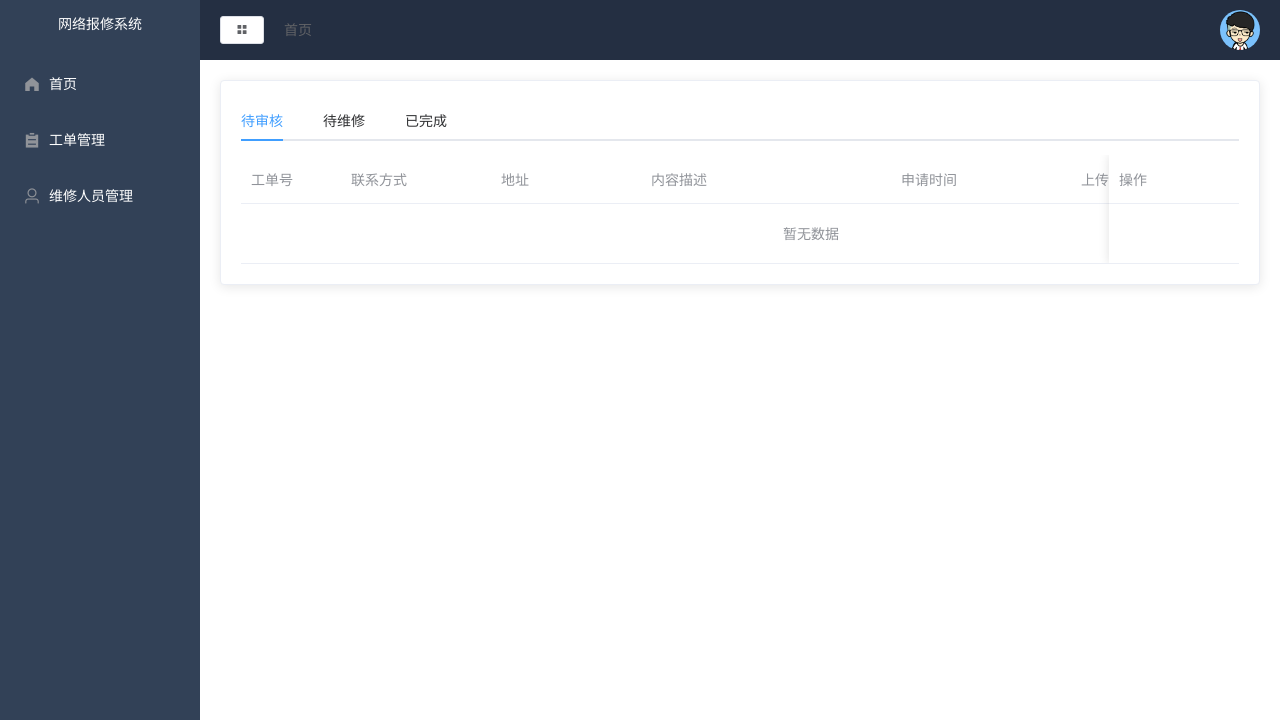
Repository: LtheW/vue
Page: /form
The author's editor kept a copy of each file at every save. The page is drawn from the files as they stood at one save, then again after the next save.
The browser window is 1280 px wide. The pictures show the whole page.
The page's requests for data from a server got no answer. The project was rebuilt for these pictures with package versions that can differ from the ones it lists, and the page was loaded fresh each time. No one was signed in, and anything a server would have sent is missing. Also part of the build but not shown: vue.config.js, src/components/CommonTag.vue, src/views/Results/Submit.vue, src/views/Maintainer/Add.vue, src/assets/js/login.js, src/views/Login.vue, src/views/Results/Repaired.vue, src/views/Results/Completed.vue.

Above is the page before, as saved 2022-03-31 19:42:58.

### src/main.js
import Vue from 'vue'
import App from './App.vue'
import router from './router'
import store from './store'
//引入element ui
import ElementUI from 'element-ui';
import 'element-ui/lib/theme-chalk/index.css';
import '@/assets/scss/reset.scss' //全局样式
import Axios from 'axios';//后台交互
import Antd from 'ant-design-vue';
import 'ant-design-vue/dist/antd.css';
import 'font-awesome/scss/font-awesome.scss'
Vue.prototype.$http=Axios
//defaults 设置全局默认路径
Axios.defaults.baseURL="/"

Vue.use(ElementUI,Antd);
Vue.config.productionTip = false

new Vue({
  router,
  store,
  render: h => h(App)
}).$mount('#app')

### src/router/index.js
import Vue from 'vue'
import VueRouter from 'vue-router'
import Main from '../views/Main.vue'
import Submit from '../views/Results/Submit.vue'
import Maintainer_Add from '../views/Maintainer/Add.vue'
import Login from '../views/Login.vue'
import Repaired from '../views/Results/Repaired.vue'
import Completed from '../views/Results/Completed.vue'
Vue.use(VueRouter)

const routes = [
  {

    path: '/',
    name: 'Login',
    component: Login
  },
  {
    path: '/main',
    name: 'Main',
    component: Main,
    children: [{
        path: '/',
        name: 'repair',
        component: () => import('../views/Results/Repaired.vue'),
      },
      {
        path: '/form',
        name: 'form',
        component: () => import('@/views/Form/Form')
      },
      {
        path: '/maintainer',
        name: 'Maintainer',
        component: () => import('@/views/Maintainer/Maintainer')
      },
      {
        path: '/submit',
        name: 'submit',
        component: Submit,
      },
      {
        path: '/repaired',
        name: 'repaired',
        component: Repaired,
      },
      {
        path: '/completed',
        name: 'completed',
        component: Completed,
      },

      {
        path: '/maintainer_add',
        name: 'add',
        component: Maintainer_Add,
      },
    ]
  },


]

const router = new VueRouter({
  mode: 'history',
  base: process.env.BASE_URL,
  routes
})

export default router

### src/views/Main.vue
<template>
  <el-container style="height: 100%">
    <el-aside width="auto" height="100%" ><common-aside></common-aside></el-aside>
    <el-container>
      <el-header>
        <common-header></common-header>

      </el-header>
      <el-main><router-view /></el-main>
    </el-container>
  </el-container>
</template>

<script>
import CommonAside from "../components/CommonAside.vue";
import CommonHeader from "../components/CommonHeader.vue";
import CommonTag from "../components/CommonTag.vue";
export default {
  name: "Main",
  components: { CommonAside, CommonHeader, CommonTag },
};
</script>
, CommonTab
<style lang="scss" scoped>
.el-header {
  background: #242F42;
}
.el-main {
  padding-top: 20rpx;
}
</style>

### src/views/Form/Form.vue
<template>
  <el-card>
    <el-tabs v-model="activeName" @tab-click="handleClick">
      <el-tab-pane label="待审核" name="first">
        <el-table :data="tableData" style="width: 100%" max-height="100%">
          <el-table-column
            fixed
            prop="workorderNumber"
            label="工单号"
            width="100"
          >
          </el-table-column>
          <el-table-column
            prop="contactInformation"
            label="联系方式"
            width="150"
          >
          </el-table-column>
          <el-table-column prop="address" label="地址" width="150">
          </el-table-column>
          <el-table-column prop="workorderContent" label="内容描述" width="250">
          </el-table-column>
          <el-table-column prop="initiationTime" label="申请时间" width="180">
          </el-table-column>

          <el-table-column prop="updateTime" label="上传时间" width="180">
          </el-table-column>
          <el-table-column fixed="right" label="操作" width="130">
            <template slot-scope="scope">
              <el-button
                @click="Booking(scope.row)"
                type="primary"
                size="small"
              >
                查看
              </el-button>
            </template>
          </el-table-column>
        </el-table>
      </el-tab-pane>
      <el-tab-pane label="待维修" name="second">
        <el-table :data="tableData1" style="width: 100%" max-height="100%">
          <el-table-column
            fixed
            prop="workorderNumber"
            label="工单号"
            width="100"
          >
          </el-table-column>
          <el-table-column
            prop="contactInformation"
            label="联系方式"
            width="150"
          >
          </el-table-column>
          <el-table-column prop="address" label="地址" width="150">
          </el-table-column>
          <el-table-column prop="workorderContent" label="内容描述" width="250">
          </el-table-column>
          <el-table-column prop="initiationTime" label="申请时间" width="180">
          </el-table-column>

          <el-table-column prop="updateTime" label="上传时间" width="180">
          </el-table-column>
          <el-table-column fixed="right" label="操作" width="130">
            <template slot-scope="scope">
              <el-button
                @click="Booking1(scope.row)"
                type="primary"
                size="small"
              >
                查看
              </el-button>
            </template>
          </el-table-column>
        </el-table>
      </el-tab-pane>

      <el-tab-pane label="已完成" name="third">
        <el-table :data="tableData2" style="width: 100%" max-height="100%">
          <el-table-column
            fixed
            prop="workorderNumber"
            label="工单号"
            width="100"
          >
          </el-table-column>
          <el-table-column
            prop="contactInformation"
            label="联系方式"
            width="150"
          >
          </el-table-column>
          <el-table-column prop="address" label="地址" width="150">
          </el-table-column>
          <el-table-column prop="workorderContent" label="内容描述" width="250">
          </el-table-column>
          <el-table-column prop="initiationTime" label="申请时间" width="180">
          </el-table-column>

          <el-table-column prop="updateTime" label="上传时间" width="180">
          </el-table-column>
          <el-table-column fixed="right" label="操作" width="130">
            <template slot-scope="scope">
              <el-button
                @click="Booking2(scope.row)"
                type="primary"
                size="small"
              >
                查看
              </el-button>
            </template>
          </el-table-column>
        </el-table>
      </el-tab-pane>
    </el-tabs>
  </el-card>
</template>

<script>
export default {
  methods: {
    Booking(row) {
      console.log(row.workorderNumber);
      this.$router.push({
        name: "submit",
        params: { workorderNumber: row.workorderNumber },
      });
    },
     Booking1(row) {
      console.log(row.workorderNumber);
      this.$router.push({
        name: "repaired",
        params: { workorderNumber: row.workorderNumber },
      });
    },
     Booking2(row) {
      console.log(row.workorderNumber);
      this.$router.push({
        name: "completed",
        params: { workorderNumber: row.workorderNumber },
      });
    },
    handleClick(tab) {
      console.log(tab._data.index);
      this.load(tab._data.index);
    },
    load(index) {
      if (index == 0) {
        this.$http({
          url: "/api/administer/orderlist",
          method: "get",
          headers: { "X-Requested-With": "XMLHttpRequest" },
        }).then((res) => {
          console.log("数据接收");
          this.tableData = res.data.data;

          console.log(res);
        });
      }
      if (index == 1) {
        this.$http({
          url: "/api/administer/orderlist2",
          method: "get",
          headers: { "X-Requested-With": "XMLHttpRequest" },
        }).then((res) => {
          console.log("数据接收");
          this.tableData1 = res.data.data;

          console.log(res);
        });
      }
      if (index == 2) {
        this.$http({
          url: "/api/administer/orderlist3",
          method: "get",
          headers: { "X-Requested-With": "XMLHttpRequest" },
        }).then((res) => {
          console.log("数据接收");
          this.tableData2 = res.data.data;

          console.log(res);
        });
      }
    },
  },
  data() {
    return {
      tableData: [],
      tableData1: [],
      tableData2: [],
      state: ["待维修", "维修中", "维修完成"],
      activeName: "first",
    };
  },
  created() {
    this.load(0);
  },
};
</script>

### src/store/tab.js
export default{
    state:{
        isCollapse: false
    },
    mutations:{
        collapseMenu(state){
            state.isCollapse=!state.isCollapse
        }
    }
}

### src/components/CommonAside.vue
<template>
  <el-menu
    class="el-menu-vertical-demo"
    :collapse="isCollapse"
    background-color="#324157"
    text-color="#fff"
    active-text-color="#ffd04b"
  >
    <h3 v-show="!isCollapse">网络报修系统</h3>
    <h3 v-show="isCollapse">后台</h3>
    <el-menu-item
      :index="item.path"
      v-for="item in noChildren"
      :key="item.path"
      @click="clickMenu(item)"
    >
      <i :class="'el-icon-' + item.icon"></i>
      <span slot="title">{{ item.label }}</span>
    </el-menu-item>
    <el-submenu :index="item.label" v-for="item in hasChildren" :key="item.path">
      <template slot="title">
        <i :class="'el-icon-' + item.icon"></i>
        <span slot="title">{{ item.label }}</span>
      </template>
      <el-menu-item-group>
        <el-menu-item
          :index="subItem.path"
          v-for="(subItem, subIndex) in item.children"
          :key="subIndex"
          @click="clickMenu(item)"
        >
          <i :class="'el-icon-' + subItem.icon"></i>
          <span slot="title">{{ subItem.label }}</span>
        </el-menu-item>
      </el-menu-item-group>
    </el-submenu>
  </el-menu>
</template>

<script>
export default {
  data() {
    return {
      menu: [
        {
          path: "/",
          name: "repair",
          label: "首页",
          icon: "s-home",
          url: "Result/Repaired",
        },
        {
          path: "/form",
          name: "form",
          label: "工单管理",
          icon: "s-order",
          url: "Form/Form",
        },
        {
          path: "/home",
          name: "Maintainer",
          label: "维修人员管理",
          icon: "user",
          url: "Home/Home",
        },
      ],
    };
  },
  methods: {
    // handleOpen(key, keyPath) {
    //   console.log(key, keyPath);
    // },
    // handleClose(key, keyPath) {
    //   console.log(key, keyPath);
    // },
    clickMenu(item) {
      this.$router.push({ name: item.name });
      this.$store.commit("selectMenu", item);
    },
  },
  computed: {
    noChildren() {
      return this.menu.filter((item) => !item.children);
    },
    hasChildren() {
      return this.menu.filter((item) => item.children);
    },
    isCollapse() {
      return this.$store.state.tab.isCollapse;
    },
  },
};
</script>

<style lang="scss" scoped>
.el-menu {
  height: 100%;
  border: none;
  h3 {
    color: #ffffff;
    text-align: center;
    line-height: 48px;
  }
}
.el-menu-vertical-demo:not(.el-menu--collapse) {
  width: 200px;
  min-height: 100vh;
}
</style>

### src/components/CommonHeader.vue
<template>
  <header>
    <div class="l-content">
      <el-button plain icon="el-icon-menu" size="mini" @click="handleMenu"></el-button>
      <el-breadcrumb>
        <el-breadcrumb-item :to="{ path: '/' }">首页</el-breadcrumb-item>
        <el-breadcrumb-item :to="current.path" v-if="current">{{
          current.label
        }}</el-breadcrumb-item>
      </el-breadcrumb>
    </div>
    <div class="r-content">
      <el-dropdown trigger="click" size="mini">
        <span class="el-dropdown-link">
          <img :src="userImg" class="user" />
        </span>
        <el-dropdown-menu slot="dropdown">
          <el-dropdown-item>个人中心</el-dropdown-item>
          <el-dropdown-item @click.native="logOut">退出</el-dropdown-item>
        </el-dropdown-menu>
      </el-dropdown>
    </div>
  </header>
</template>

<script>
import { mapState } from "vuex";
export default {
  data() {
    return {
      userImg: require("../assets/images/user.png"),
    };
  },
  methods: {
    handleMenu() {
      this.$store.commit("collapseMenu");
    },
    logOut() {
      this.$store.commit("clearToken");
      this.$store.commit("clearMenu");
      // location.reload();
      this.$router.push("/login");
    },
  },
  computed: {
    ...mapState({
      current: (state) => state.tab.currentMenu,
    }),
  },
};
</script>

<style lang="scss" scoped>
header {
  display: flex;
  height: 100%;
  align-items: center;
  justify-content: space-between;
}

.l-content {
  display: flex;
  align-items: center;
  .el-button {
    margin-right: 20px;
  }
}

.r-content {
  .user {
    width: 40px;
    height: 40px;
    border-radius: 50%;
  }
}
</style>

<style lang="scss">
.el-breadcrumb__item {
  .el-breadcrumb__inner {
    color: #666;
    font-weight: normal;
  }
  &:last-child {
    .el-breadcrumb__inner {
      color: white;
    }
  }
}
</style>

### src/assets/css/text.css
@font-face {
    font-family: "Roboto";
    src: url('../font/Roboto-Light.ttf');
    font-weight: normal;
    font-style: normal;
}

Loaded but not shown: public/index.html (common file); src/App.vue (common file); src/store/index.js (common file); src/assets/scss/reset.scss (common file)

After the next save:
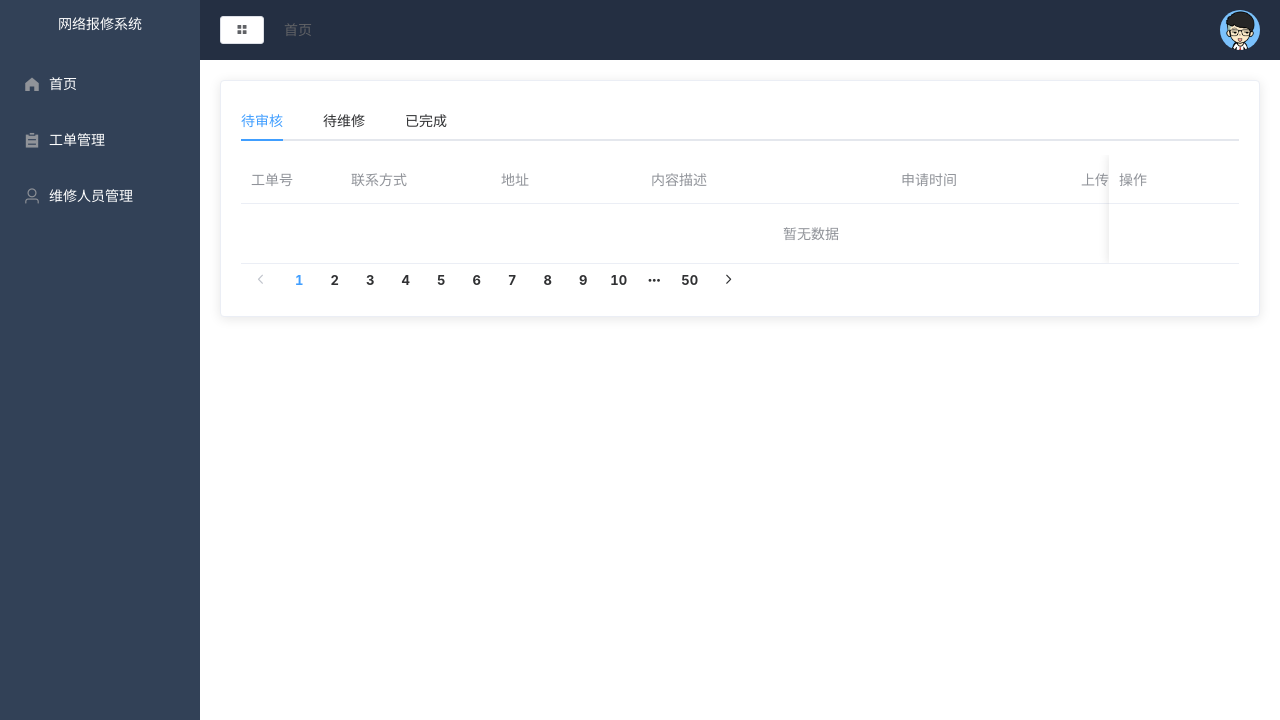
Saved 10 min 8 s later.
--- a/src/views/Form/Form.vue
+++ b/src/views/Form/Form.vue
@@ -2,6 +2,7 @@
   <el-card>
     <el-tabs v-model="activeName" @tab-click="handleClick">
       <el-tab-pane label="待审核" name="first">
+
         <el-table :data="tableData" style="width: 100%" max-height="100%">
           <el-table-column
             fixed
@@ -37,6 +38,12 @@
             </template>
           </el-table-column>
         </el-table>
+        <el-pagination
+  :page-size="20"
+  :pager-count="11"
+  layout="prev, pager, next"
+  :total="1000">
+</el-pagination>
       </el-tab-pane>
       <el-tab-pane label="待维修" name="second">
         <el-table :data="tableData1" style="width: 100%" max-height="100%">
